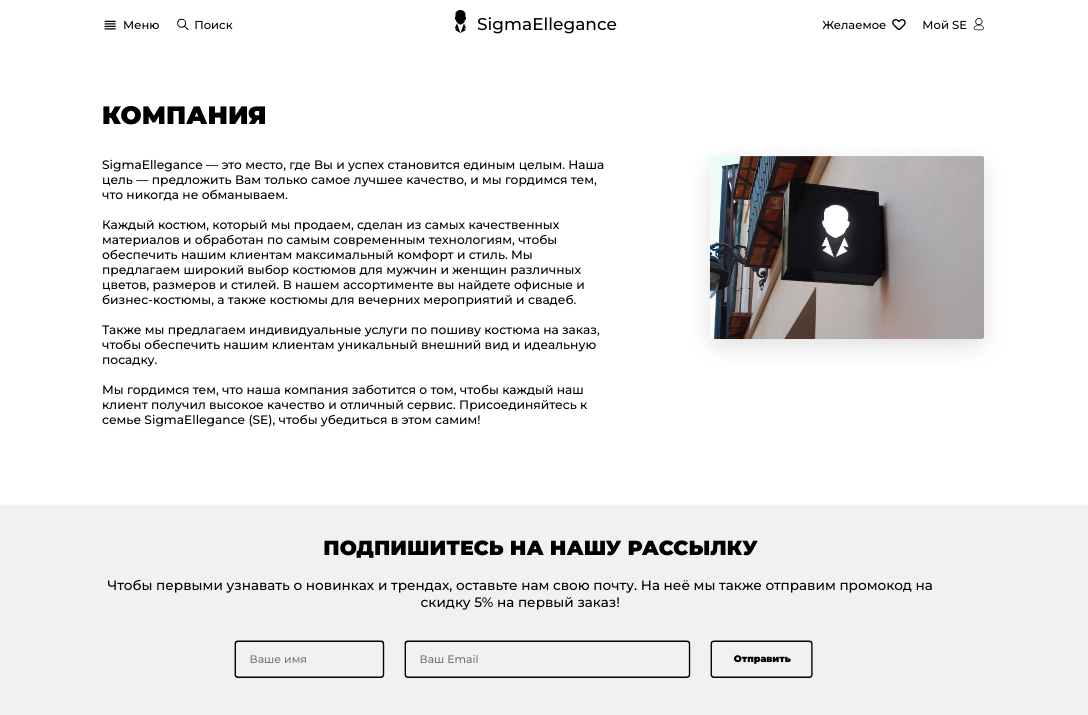
Repository: MaksimKrupkin/SigmaEllegance
Page: /aboutUsPage
These files come from the project's save history. The page is drawn as it stood at one moment and after a run of saves; the edit follows.
The browser window is 1280 px wide. The page is 1600 px wide, so the pictures cover 1600 px, including what lies to the right of the window. The pictures show the whole page, at 68% of full size.
Some web fonts or font styles are not loaded; a fallback is used. The project was rebuilt for these pictures with package versions that can differ from the ones it lists, and the page was loaded fresh each time. Also part of the build but not shown: src/Components/SideBar/SideBar.module.css, src/Components/SideBar/SideBar.jsx, src/Pages/HomePage.module.css, src/Components/SliderWrapper/SliderWrapper.module.css, src/Components/SliderCard/SliderCard.module.css, src/Components/SliderCard/SliderCard.jsx, src/Components/LeftArrow/LeftArrow.module.css, src/Components/LeftArrow/LeftArrow.jsx and 18 more.

Above is the page before, as saved 2023-12-11 21:10:22.

### public/index.html
<!DOCTYPE html>
<html lang="en">
  <head>
    <meta charset="utf-8" />

    <meta name="viewport" content="width=device-width, initial-scale=1" />

    <link rel="preconnect" href="https://fonts.googleapis.com" />
    <link rel="preconnect" href="https://fonts.gstatic.com" crossorigin />
    <link
      href="https://fonts.googleapis.com/css2?family=Roboto:wght@400;500;700&display=swap"
      rel="stylesheet" />
    <link
      href="https://fonts.googleapis.com/css2?family=Montserrat:ital,wght@0,300;0,500;0,600;0,900;1,400;1,500&family=Roboto:wght@400;500;700&display=swap"
      rel="stylesheet" />
    <link rel="preconnect" href="https://fonts.googleapis.com" />
    <link rel="preconnect" href="https://fonts.gstatic.com" crossorigin />
    <link
      href="https://fonts.googleapis.com/css2?family=Montserrat:wght@300&family=Roboto:wght@400;500;700&display=swap"
      rel="stylesheet" />
    <link href="https://fonts.cdnfonts.com/css/montserrat" rel="stylesheet" />
    <title>SigmaEllegance</title>
  </head>
  <body>
    <div id="root"></div>
  </body>
</html>

### src/index.js
import React from 'react';
import ReactDOM from 'react-dom/client';
import App from './App';
import { BrowserRouter } from 'react-router-dom';
const root = ReactDOM.createRoot(document.getElementById('root'));
root.render(
  <React.StrictMode>
    <BrowserRouter>
      <App />
    </BrowserRouter>
  </React.StrictMode>,
);

### src/App.js
import Header from './Components/Header/Header';
import HomePage from './Pages/HomePage';
import styles from './App.module.css';
import GoodsPage from './Pages/GoodsPage/GoodsPage';
import OpenGoodPage from './Pages/OpenGoodPage/OpenGoodPage';
import Footer from './Components/Footer/Footer';
import { BrowserRouter, Route, Routes } from 'react-router-dom';
import AboutUs from './Pages/AboutUs/AboutUs';
import SearchPage from './Pages/SearchPage/SearchPage';

function App() {
  return (
    <div className={styles.container}>
      <Header />
      <Routes>
        <Route path="/" element={<HomePage />} />
        <Route path="/goodspage" element={<GoodsPage />} />
        <Route path="/opengoodspage" element={<OpenGoodPage />} />
        <Route path="/aboutUsPage" element={<AboutUs />} />
        <Route path="/searchPage" element={<SearchPage />} />
      </Routes>
    </div>
  );
}

export default App;

### src/Components/Header/Header.jsx
import React from 'react';
import { useState } from 'react';
import { Link } from 'react-router-dom';
import styles from './Header.module.css';
import logo from '../../assets/img/logo.svg';
import icon1 from '../../assets/img/Icon1.svg';
import icon2 from '../../assets/img/icon2.svg';
import icon3 from '../../assets/img/icon3.svg';
import icon4 from '../../assets/img/icon4.svg';
import SideBar from '../SideBar/SideBar';

function Header() {
  const [toggleMenu, setToggleMenu] = useState(false);
  const HandleToggle = () => {
    setToggleMenu(!toggleMenu);
  };
  console.log(toggleMenu);
  return (
    <header className={styles.header}>
      <div className={styles.left_part}>
        <div onClick={HandleToggle} className={styles.menu}>
          <img className={styles.icon1} src={icon1} alt="" />
          <p>Меню</p>
        </div>
        {toggleMenu && <SideBar HandleToggle={HandleToggle} />}

        <Link to="/searchPage" className={styles.search}>
          <img className={styles.icon2} src={icon2} alt="" />
          <p>Поиск</p>
        </Link>
      </div>
      <Link to="/" className={styles.logo_part}>
        <img className={styles.logo} src={logo} alt="" />
        <p>SigmaEllegance</p>
      </Link>
      <div className={styles.right_part}>
        <a className={styles.liked}>
          <p>Желаемое</p>
          <img className={styles.icon3} src={icon3} alt="" />
        </a>
        <a className={styles.purchases}>
          <p>Мой SE</p>
          <img className={styles.icon4} src={icon4} alt="" />
        </a>
      </div>
    </header>
  );
}

export default Header;

### src/App.module.css
body {
  font-family: 'Montserrat', sans-serif;
  display: block;
  margin: 0 auto;
  padding: 0;
  width: 100%;
  overflow-x: hidden;
}
.container {
  width: 1600px;
  display: block;
  margin: 0 auto;
}

*,
*::before,
*::after {
  box-sizing: border-box;
}

/* Links */

a,
a:link,
a:visited {
  text-decoration: none;
}

a:hover {
  text-decoration: none;
}

/* Common */

aside,
nav,
footer,
header,
section,
main {
  display: block;
}

h1,
h2,
h3,
h4,
h5,
h6,
p {
  font-size: inherit;
  font-weight: inherit;
}

ul,
ul li {
  list-style: none;
}

img {
  vertical-align: top;
}

img,
svg {
  max-width: 100%;
  height: auto;
}

address {
  font-style: normal;
}

/* Form */

input,
textarea,
button,
select {
  font-family: inherit;
  font-size: inherit;
  color: inherit;
  background-color: transparent;
}

input::-ms-clear {
  display: none;
}

button,
input[type='submit'] {
  display: inline-block;
  box-shadow: none;
  background-color: transparent;
  background: none;
  cursor: pointer;
}

input:focus,
input:active,
button:focus,
button:active {
  outline: none;
}

button::-moz-focus-inner {
  padding: 0;
  border: 0;
}

label {
  cursor: pointer;
}

legend {
  display: block;
}

### src/Pages/AboutUs/AboutUs.jsx
import React from 'react';
import styles from './AboutUs.module.css';
import image from '../../assets/img/billboard.png';
import Sendings from '../../Components/Sendings/Sendings';

export default function AboutUs() {
  return (
    <>
      <div className={styles.container}>
        <div className={styles.leftPart}>
          <h1 className={styles.title}>Компания</h1>
          <div className={styles.text}>
            SigmaEllegance — это место, где Вы и успех становится единым целым. Наша цель —
            предложить Вам только самое лучшее качество, и мы гордимся тем, что никогда не
            обманываем.
            <br />
            <br /> Каждый костюм, который мы продаем, сделан из самых качественных материалов и
            обработан по самым современным технологиям, чтобы обеспечить нашим клиентам максимальный
            комфорт и стиль. Мы предлагаем широкий выбор костюмов для мужчин и женщин различных
            цветов, размеров и стилей. В нашем ассортименте вы найдете офисные и бизнес-костюмы, а
            также костюмы для вечерних мероприятий и свадеб.
            <br />
            <br /> Также мы предлагаем индивидуальные услуги по пошиву костюма на заказ, чтобы
            обеспечить нашим клиентам уникальный внешний вид и идеальную посадку.
            <br />
            <br /> Мы гордимся тем, что наша компания заботится о том, чтобы каждый наш клиент
            получил высокое качество и отличный сервис. Присоединяйтесь к семье SigmaEllegance (SE),
            чтобы убедиться в этом самим!
          </div>
        </div>
        <img className={styles.image} src={image} alt="" />
      </div>
      <Sendings />
    </>
  );
}

### src/Components/Header/Header.module.css
.header {
  font-family: 'Montserrat', sans-serif;
  margin: 0 auto;
  width: 100%;
  height: 10vh;
  display: flex;
  justify-content: space-around;
  align-items: center;
}

.left_part {
  display: flex;
  justify-content: space-between;
  align-items: center;
  gap: 25px;
  color: #000;
  margin-bottom: -2px;

  font-family: Montserrat;
  font-size: 17px;
  font-style: normal;
  font-weight: 500;
  line-height: normal;
}
.menu {
  display: flex;
  justify-content: space-between;
  align-items: center;
  gap: 8px;
  cursor: pointer;
}
.menu:hover {
  color: rgb(80, 77, 77);
}
.icon1 {
  width: 22px;
  height: 22px;
  margin-bottom: 1px;
}
.search {
  display: flex;
  justify-content: space-between;
  align-items: center;
  gap: 8px;
  cursor: pointer;
  color: black;
}

.search:hover {
  color: rgb(80, 77, 77);
}
.icon2 {
  width: 18px;
  height: 18px;
  margin-bottom: 3px;
}

.logo_part {
  margin-bottom: 3px;
  display: flex;
  justify-content: space-between;
  align-items: center;

  color: #000;

  font-family: Montserrat;
  font-size: 25px;
  font-style: normal;
  font-weight: 400;
  line-height: normal;
  cursor: pointer;
}

.logo {
  width: 67.375px;
  height: 69.103px;
  flex-shrink: 0;
  margin-right: -10px;
}
.right_part {
  margin-bottom: -2px;
  display: flex;
  justify-content: space-between;
  align-items: center;
  gap: 23px;
  font-family: Montserrat;
  font-size: 17px;
  font-style: normal;
  font-weight: 500;
  line-height: normal;
}

.liked {
  display: flex;
  justify-content: space-between;
  align-items: center;
  gap: 8px;
  cursor: pointer;
}
.liked:hover {
  color: rgb(80, 77, 77);
}
.icon3 {
  width: 22px;
  height: 22px;
  margin-bottom: 3px;
}

.purchases {
  display: flex;
  justify-content: space-between;
  align-items: center;
  gap: 8px;
  cursor: pointer;
}
.purchases:hover {
  color: rgb(80, 77, 77);
}

.icon4 {
  width: 19px;
  height: 19px;
  margin-bottom: 3px;
}

### src/Components/Sendings/Sendings.jsx
import React from 'react';
import styles from './Sendings.module.css';

export default function Sendings() {
  return (
    <div className={styles.customer_form_container}>
      <div className={styles.customer_form}>
        <div className={styles.customer_form_title}>Подпишитесь на нашу рассылку</div>
        <div className={styles.customer_form_subtitle}>
          Чтобы первыми узнавать о новинках и трендах, оставьте нам свою почту. На неё мы также
          отправим промокод на скидку 5% на первый заказ!
        </div>
        <form className={styles.forms}>
          <input className={styles.name} type="text" name="name" placeholder="Ваше имя" required />
          <br />
          <input className={styles.email} type="text" name="email" placeholder="Ваш Email" />
          <br />
          <input className={styles.send} type="button" value="Отправить" />
        </form>
      </div>
    </div>
  );
}

### src/Components/Footer/Footer.module.css
.footer {
  background-color: #eff1f3;
  width: 1600px;
  height: 547px;
  position: relative;
}
a {
  display: block;
}

.column_1 {
  position: absolute;
  top: 45px;
  left: 155px;
}

.column_2 {
  position: absolute;
  top: 45px;
  left: 455px;
}

.column_3 {
  position: absolute;
  top: 45px;
  left: 855px;
}
.column_title {
  font-style: normal;
  font-weight: 600;
  font-size: 17px;
  line-height: 21px;
  text-transform: uppercase;
  color: #000000;
  margin-bottom: 25px;
}

.column_item {
  font-family: 'Montserrat';
  font-style: normal;
  font-weight: 400;
  font-size: 17px;
  line-height: 21px;
  color: #000000;
  margin-bottom: 20px;
  cursor: pointer;
}

.footer_form {
  position: absolute;
  top: 45px;
  left: 1155px;
}

.footer_form_title {
  font-style: normal;
  font-weight: 600;
  font-size: 17px;
  line-height: 21px;
  text-transform: uppercase;
  color: #000000;
  margin-bottom: 25px;
}
.footer {
  opacity: 1;
}
.footer_form_email {
  width: 235px;
  height: 45px;
  background-color: white;
  border: none;
  border-radius: 5px;
  font-style: normal;
  font-weight: 400;
  font-size: 14px;
  line-height: 17px;
  padding-left: 20px;
  color: rgba(0, 0, 0, 0.4);
}
.footer_form_email:focus {
  border: 2px solid black;
}

.footer_button {
  margin-top: 20px;
  margin-bottom: 20px;
  width: 255px;
  background-color: #000000;
  border-radius: 5px;
  text-align: center;
  font-style: normal;
  font-weight: 600;
  font-size: 14px;
  line-height: 45px;
  color: #ffffff;
  cursor: pointer;
}
.footer_link {
  color: #ffffff;
}

.policy {
  width: 254px;
  font-style: normal;
  font-weight: 400;
  font-size: 13px;
  line-height: 15px;
  color: #000000;
}
.policy_link {
  font-style: normal;
  font-weight: 400;
  font-size: 12px;
  line-height: 15px;
  color: #00bfed;
}

.footer_border {
  position: absolute;
  bottom: 120px;
}

.sigma_corp {
  position: absolute;
  left: 155px;
  bottom: 45px;

  font-weight: 500;
}

.made_by {
  position: absolute;
  left: 650px;
  bottom: 45px;
  font-weight: 500;
}

.social_networks {
  position: absolute;
  left: 1180px;
  bottom: 35px;
}
.pintrest {
  width: 30px;
  height: 30px;
  margin-right: 10px;
  transition: all 0.1s ease-in;
  cursor: pointer;
}
.pintrest:hover {
  width: 35px;
  height: 35px;
  transform: translateY(-3px);
}
.tik_tok {
  width: 30px;
  height: 30px;
  margin-right: 10px;
  transition: all 0.1s ease-in;
  cursor: pointer;
}
.tik_tok:hover {
  width: 35px;
  height: 35px;
  transform: translateY(-3px);
}
.telegram {
  width: 30px;
  height: 30px;
  margin-right: 10px;
  transition: all 0.1s ease-in;
  cursor: pointer;
}
.telegram:hover {
  width: 35px;
  height: 35px;
  transform: translateY(-3px);
}
.instagram {
  width: 30px;
  height: 30px;
  margin-right: 10px;
  transition: all 0.1s ease-in;
  cursor: pointer;
}
.instagram:hover {
  width: 35px;
  height: 35px;
  transform: translateY(-3px);
}
.vk {
  width: 30px;
  height: 30px;
  margin-right: 10px;
  transition: all 0.1s ease-in;
  cursor: pointer;
}
.vk:hover {
  width: 35px;
  height: 35px;
  transform: translateY(-3px);
}

### src/Pages/AboutUs/AboutUs.module.css
.container {
  width: 1200px;
  height: 470px;
  margin: 150px;
  margin-right: 140px;
  margin-top: 50px;
  display: flex;
  justify-content: space-between;
  gap: 115px;
}

.title {
  color: #000;

  font-family: Montserrat;
  font-size: 37px;
  font-style: normal;
  font-weight: 700;
  line-height: normal;
  text-transform: uppercase;
  margin-bottom: 40px;
}
.text {
  width: 740px;
  height: 496px;
  flex-shrink: 0;
  color: #000;

  font-family: Montserrat;
  font-size: 18px;
  font-style: normal;
  font-weight: 400;
  line-height: normal;
}

.image {
  width: 520px;
  height: 347px;
  margin-top: 80px;
}

### src/Components/Sendings/Sendings.module.css
.customer_form_container {
  background-color: #eff1f3;
  width: 1600px;
  height: 310px;
  margin-top: 40px;
}

.customer_form {
  width: 1290px;
  display: flex;
  flex-direction: column;
  align-items: center;
}

.customer_form_title {
  margin-top: 45px;
  margin-left: 300px;
  margin-bottom: 25px;
  font-style: normal;
  font-weight: 700;
  font-size: 30px;
  line-height: 37px;
  text-transform: uppercase;
  color: #000000;
  text-align: center;
}

.customer_form_subtitle {
  width: 1290px;
  margin-left: 240px;
  margin-bottom: 45px;
  font-style: normal;
  font-weight: 500;
  font-size: 20px;
  line-height: 24px;
  text-align: center;
  color: #000000;
}

.forms {
  display: flex;
  justify-content: center;
  align-items: center;
  gap: 15px;
  margin-left: 250px;
}

.name {
  width: 220px;
  height: 55px;
  border: 2px solid black;
  border-radius: 5px;
  padding-left: 20px;
  color: rgba(0, 0, 0, 0.8);
  transition: all 0.6s ease-in-out;
}

.email {
  width: 420px;
  height: 55px;
  border: 2px solid black;
  border-radius: 5px;
  padding-left: 20px;
  color: rgba(0, 0, 0, 0.8);
  transition: all 0.6s ease-in-out;
}

.send {
  text-align: center;
  width: 150px;
  height: 55px;
  border: 2px solid black;
  border-radius: 5px;
  padding-left: 8px;
  color: black;
  font-weight: 700;
  font-size: 14px;
  line-height: 17px;
  transition: all 0.2s ease-out;
  cursor: pointer;
}

.send:hover {
  border-radius: 10px;
  transform: translateY(-1px);

  -webkit-box-shadow: 0px 5px 10px -28px rgba(143, 143, 143, 1);
  -moz-box-shadow: 0px 5px 10px -28px rgba(143, 143, 143, 1);
  box-shadow: 0px 5px 10px -28px rgba(143, 143, 143, 1);
}

### src/Components/Footer/Footer.jsx
import React from 'react';
import icon1 from '../../assets/img/pint.svg';
import icon2 from '../../assets/img/TT.svg';
import icon3 from '../../assets/img/TG.svg';
import icon4 from '../../assets/img/IG.svg';
import icon5 from '../../assets/img/VK.svg';
import styles from './Footer.module.css';

export default function Footer() {
  return (
    <footer className={styles.footer}>
      <div className={styles.column_1}>
        <a className={styles.column_title}>О компании</a>
        <a className={styles.column_item}> Магазины</a>
        <a className={styles.column_item}>Контакты</a>
        <a className={styles.column_item}>О нас</a>
        <a className={styles.column_item}>Политика</a>
        <a className={styles.column_item}>Обратная связь</a>
      </div>
      <div className={styles.column_2}>
        <a className={styles.column_title}>Поддержка</a>
        <a className={styles.column_item}> Оплата товара</a>
        <a className={styles.column_item}>Бонусная программа</a>
        <a className={styles.column_item}>Где мой заказ?</a>
        <a className={styles.column_item}>Доставка товара</a>
        <a className={styles.column_item}>Обмен и возврат</a>
        <a className={styles.column_item}>Подарочный сертификат</a>
        <a className={styles.column_item}>Помощь портного</a>
      </div>
      <div className={styles.column_3}>
        <a className={styles.column_title}>Магазин</a>
        <a className={styles.column_item}> Коллекции</a>
        <a className={styles.column_item}>Смокинги</a>
        <a className={styles.column_item}>Пиджаки</a>
        <a className={styles.column_item}>Брюки & Штаны</a>
        <a className={styles.column_item}>Рубашки</a>
        <a className={styles.column_item}>Все товары</a>
      </div>
      <div className={styles.footer_form}>
        <div className={styles.footer_form_title}>Узнавайте первыми</div>
        <form action={styles.text}>
          <input className={styles.footer_form_email} type="text" placeholder="Ваш Email" />
        </form>
        <div className={styles.footer_button}>
          <div className={styles.footer_link}>Подписаться</div>
        </div>
        <div className={styles.policy}>
          Подписываясь на рассылку, вы соглашаетесь с условиями{' '}
          <a href="" className={styles.policy_link}>
            оферты
          </a>{' '}
          и <a className={styles.policy_link}>политики конфиденциальности</a>{' '}
        </div>
      </div>
      <div className={styles.footer_border}>
        <img src="/img/Border.svg" alt="" />
      </div>
      <div className={styles.sigma_corp}>© SigmaEllegance, 2023</div>
      <div className={styles.made_by}>made by @krupkinmaxim</div>
      <div className={styles.social_networks}>
        <img className={styles.pintrest} src={icon1} alt="" />
        <img className={styles.tik_tok} src={icon2} alt="" />
        <img className={styles.telegram} src={icon3} alt="" />
        <img className={styles.instagram} src={icon4} alt="" />
        <img className={styles.vk} src={icon5} alt="" />
      </div>
    </footer>
  );
}

After the next 2 saves:
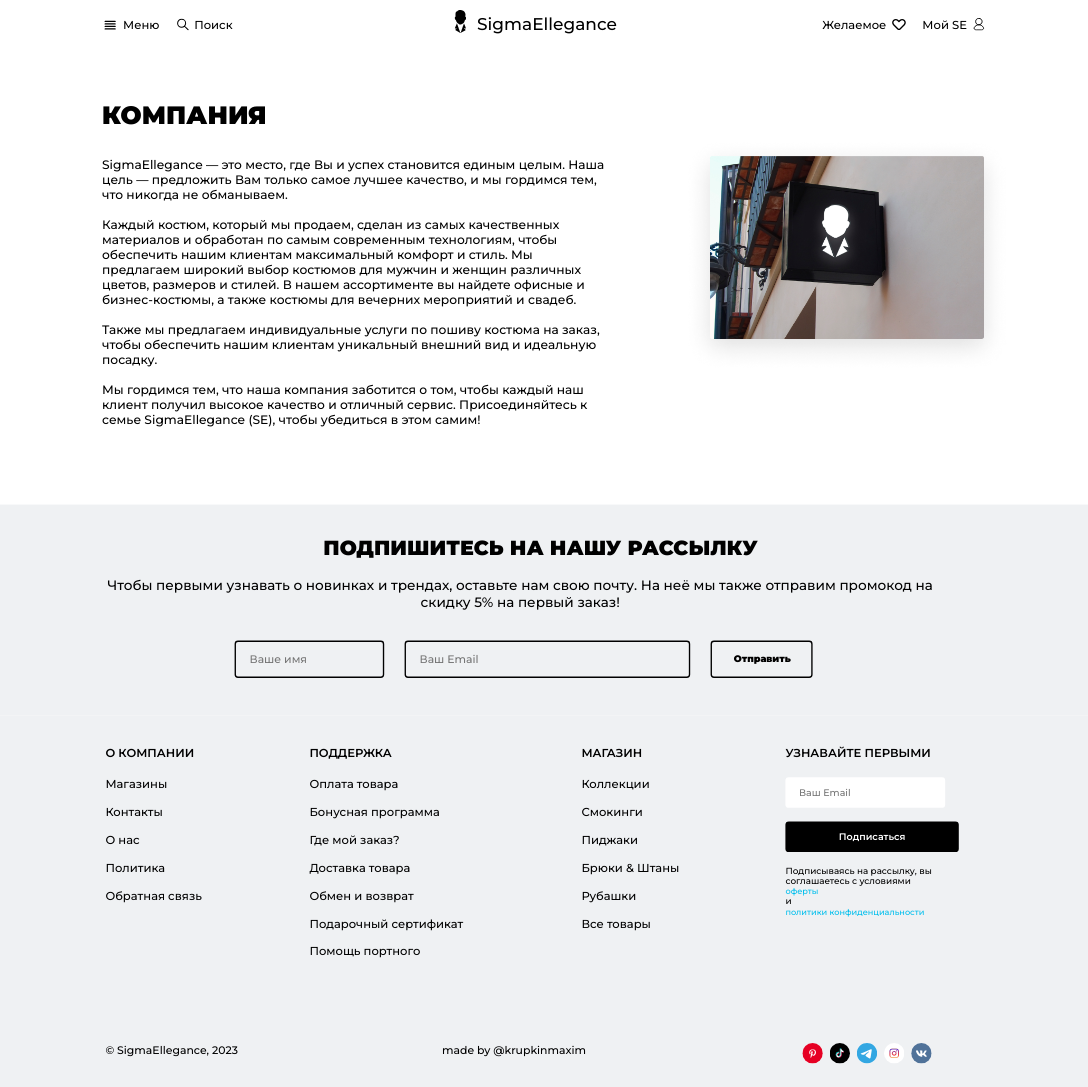
The 2 saves are shown as one change because 1 did not build or start.
The last was saved 25 s later.
--- a/src/Pages/AboutUs/AboutUs.jsx
+++ b/src/Pages/AboutUs/AboutUs.jsx
@@ -2,6 +2,7 @@ import React from 'react';
 import styles from './AboutUs.module.css';
 import image from '../../assets/img/billboard.png';
 import Sendings from '../../Components/Sendings/Sendings';
+import Footer from '../../Components/Footer/Footer';
 
 export default function AboutUs() {
   return (
@@ -31,6 +32,9 @@ export default function AboutUs() {
         <img className={styles.image} src={image} alt="" />
       </div>
       <Sendings />
+      <footer>
+        <Footer />
+      </footer>
     </>
   );
 }
